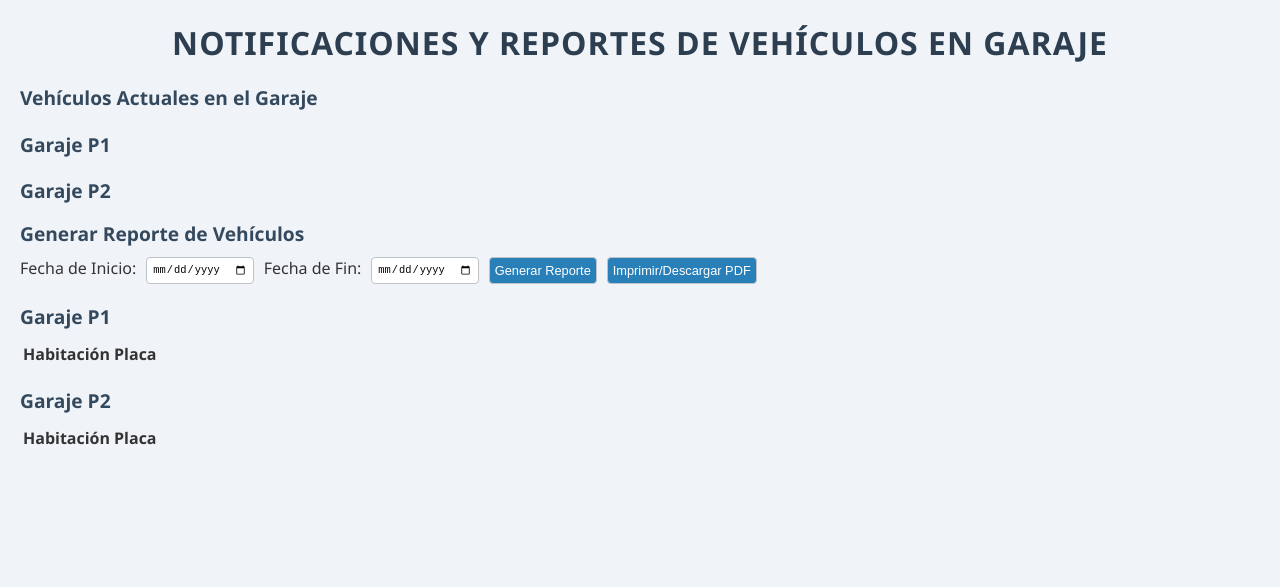
Repository: EddyWebz/REPOSITORIO-BASE-DATOS
Page: privado/report.html
These files come from the project's save history. The page is drawn as it stood at one moment and after the next save; the edit follows.
The browser window is 1280 px wide. The pictures show the whole page.
The page's requests for data from a server got no answer.

Above is the page before, as saved 2024-08-15 11:41:10.

After the next save:
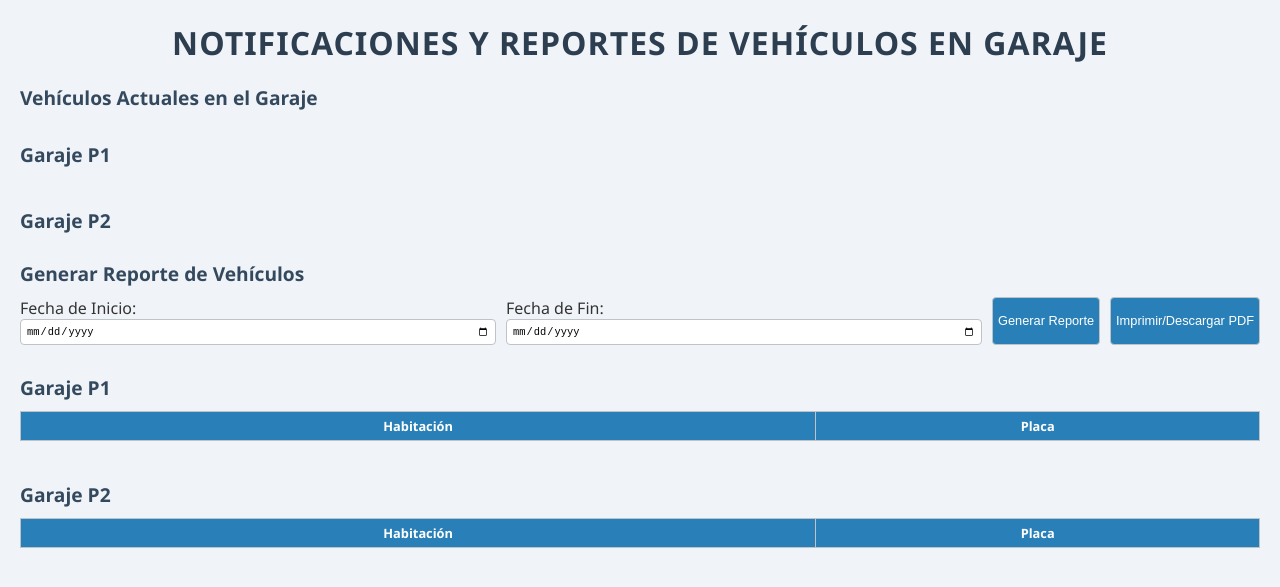
Saved 8 min 59 s later.
--- a/privado/report.html
+++ b/privado/report.html
@@ -16,13 +16,19 @@
     <!-- Sección de Notificaciones Activas -->
     <section id="notificaciones">
         <h2>Vehículos Actuales en el Garaje</h2>
-        <h3>Garaje P1</h3>
-        <div id="notificaciones-contenedor-P1">
-            <!-- Las notificaciones dinámicas de P1 se insertarán aquí -->
-        </div>
-        <h3>Garaje P2</h3>
-        <div id="notificaciones-contenedor-P2">
-            <!-- Las notificaciones dinámicas de P2 se insertarán aquí -->
+        <div class="notificaciones-garajes">
+            <div class="garaje">
+                <h3>Garaje P1</h3>
+                <div id="notificaciones-contenedor-P1" class="notificaciones-contenedor">
+                    <!-- Las notificaciones dinámicas de P1 se insertarán aquí -->
+                </div>
+            </div>
+            <div class="garaje">
+                <h3>Garaje P2</h3>
+                <div id="notificaciones-contenedor-P2" class="notificaciones-contenedor">
+                    <!-- Las notificaciones dinámicas de P2 se insertarán aquí -->
+                </div>
+            </div>
         </div>
     </section>
 
@@ -30,42 +36,50 @@
     <section id="reportes">
         <h2>Generar Reporte de Vehículos</h2>
         <form id="form-reporte">
-            <label for="fecha-inicio">Fecha de Inicio:</label>
-            <input type="date" id="fecha-inicio" name="fecha-inicio" required>
-
-            <label for="fecha-fin">Fecha de Fin:</label>
-            <input type="date" id="fecha-fin" name="fecha-fin" required>
-
+            <div class="form-group">
+                <label for="fecha-inicio">Fecha de Inicio:</label>
+                <input type="date" id="fecha-inicio" name="fecha-inicio" required>
+            </div>
+            <div class="form-group">
+                <label for="fecha-fin">Fecha de Fin:</label>
+                <input type="date" id="fecha-fin" name="fecha-fin" required>
+            </div>
             <button type="submit">Generar Reporte</button>
             <!-- Botón de Imprimir -->
-    <button type="button" id="btn-imprimir">Imprimir/Descargar PDF</button>
+            <button type="button" id="btn-imprimir">Imprimir/Descargar PDF</button>
         </form>
 
-        <h3>Garaje P1</h3>
-        <table id="tabla-reporte-P1">
-            <thead>
-                <tr>
-                    <th>Habitación</th>
-                    <th>Placa</th>
-                </tr>
-            </thead>
-            <tbody>
-                <!-- Las filas de datos se insertarán dinámicamente aquí -->
-            </tbody>
-        </table>
+        <div class="reportes-garajes">
+            <div class="garaje">
+                <h3>Garaje P1</h3>
+                <table id="tabla-reporte-P1" class="compact-table">
+                    <thead>
+                        <tr>
+                            <th>Habitación</th>
+                            <th>Placa</th>
+                        </tr>
+                    </thead>
+                    <tbody>
+                        <!-- Las filas de datos se insertarán dinámicamente aquí -->
+                    </tbody>
+                </table>
+            </div>
 
-        <h3>Garaje P2</h3>
-        <table id="tabla-reporte-P2">
-            <thead>
-                <tr>
-                    <th>Habitación</th>
-                    <th>Placa</th>
-                </tr>
-            </thead>
-            <tbody>
-                <!-- Las filas de datos se insertarán dinámicamente aquí -->
-            </tbody>
-        </table>
+            <div class="garaje">
+                <h3>Garaje P2</h3>
+                <table id="tabla-reporte-P2" class="compact-table">
+                    <thead>
+                        <tr>
+                            <th>Habitación</th>
+                            <th>Placa</th>
+                        </tr>
+                    </thead>
+                    <tbody>
+                        <!-- Las filas de datos se insertarán dinámicamente aquí -->
+                    </tbody>
+                </table>
+            </div>
+        </div>
     </section>
 
     <!-- Vinculación al archivo JavaScript de notificaciones y reportes -->
